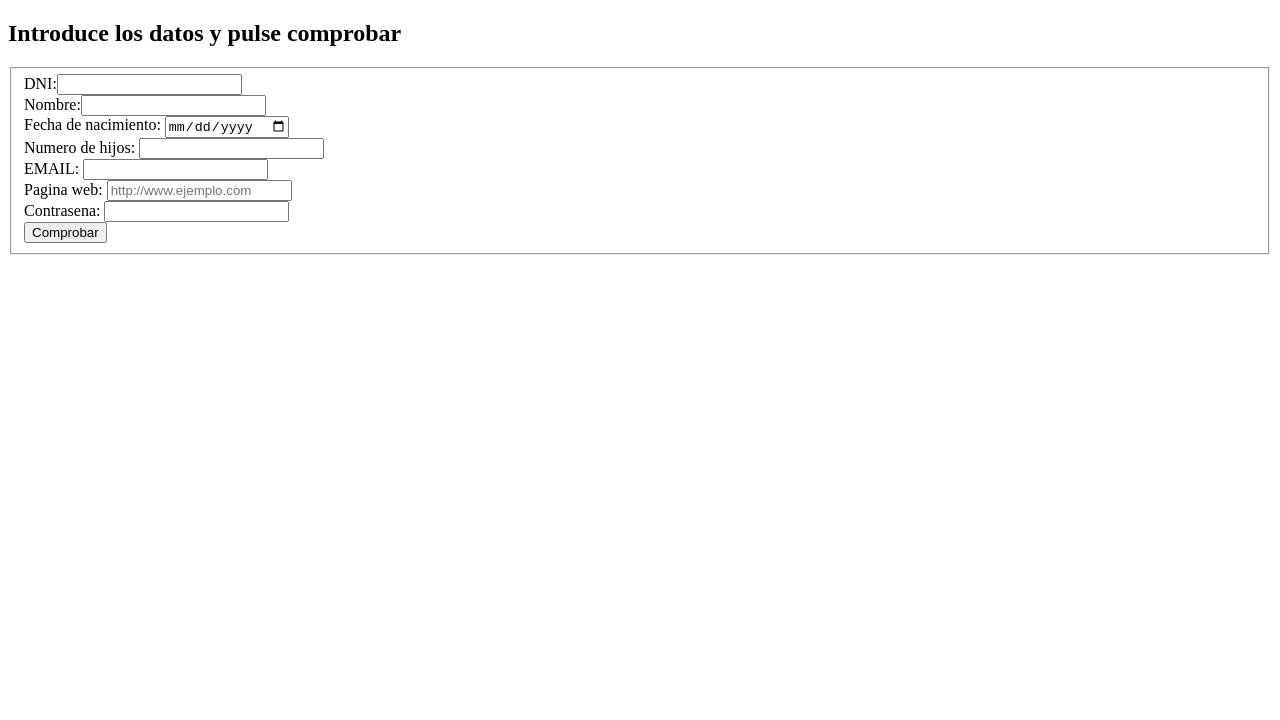
Repository: KoTvTrysaX01/2DAW-Desarrollo-WEB-en-Entorno-Cliente
Page: JAVASCRIPT/UD2/practica5/Actividad1/index.html
These files come from the project's save history. The page is drawn as it stood at one moment and after the next save; the edit follows.
The browser window is 1280 px wide. The pictures show the whole page.

Above is the page before, as saved 2025-11-01 17:18:46.

After the next save:
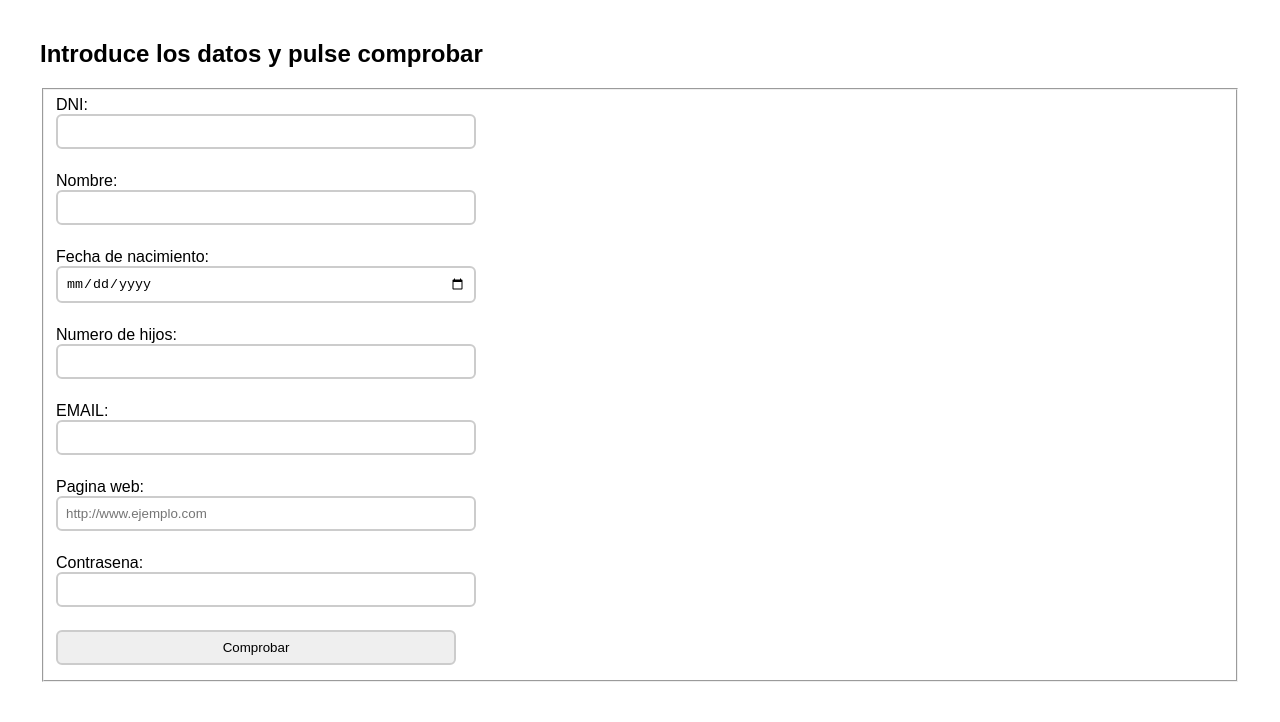
Saved 54 s later.
--- a/JAVASCRIPT/UD2/practica5/Actividad1/index.html
+++ b/JAVASCRIPT/UD2/practica5/Actividad1/index.html
@@ -2,6 +2,8 @@
 <html lang="es">
 <head>
 <meta charset="UTF-8">
+  <title>Validación Poco a Poco</title>
+  <link rel="stylesheet" href="style.css">
   <body>
     <h2>Introduce los datos y pulse comprobar</h2>
     <fieldset>
